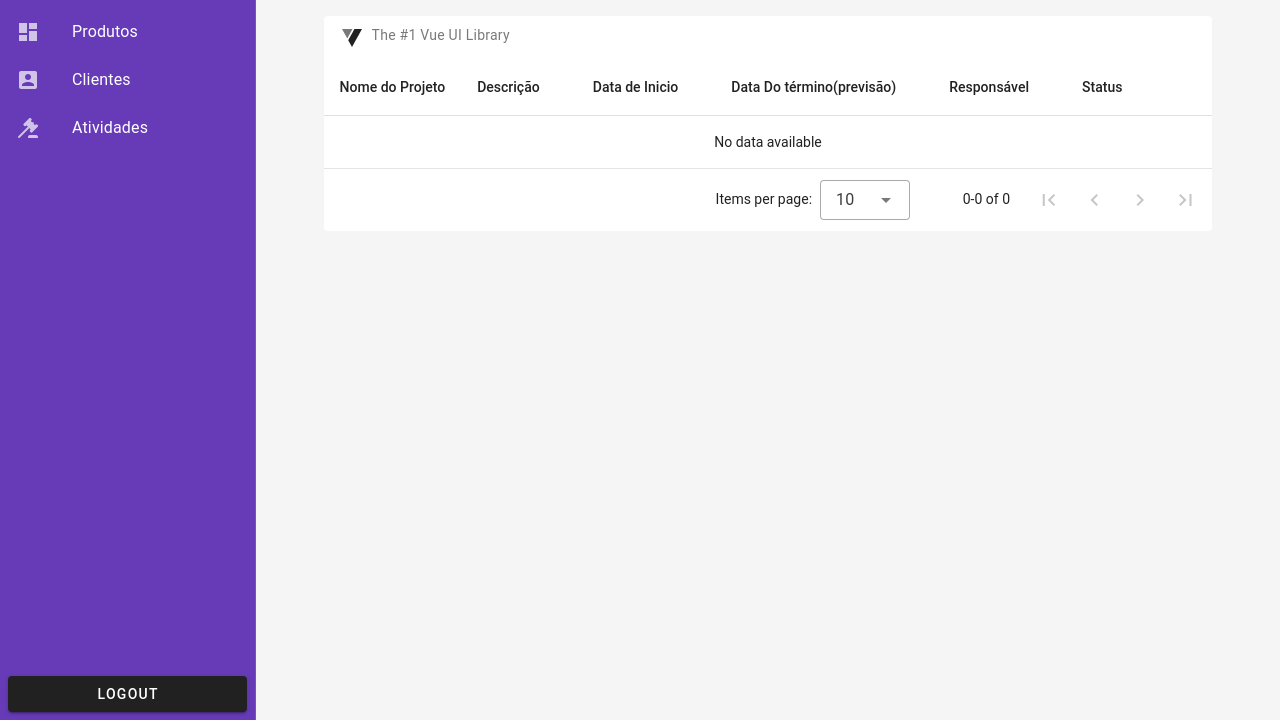
Repository: NtiSilva/Front_AG
Page: /products
These files come from the project's save history. The page is drawn as it stood at one moment and after the next save; the edit follows.
The browser window is 1280 px wide. The pictures show the whole page.
The page's requests for data from a server got no answer. The project was rebuilt for these pictures with package versions that can differ from the ones it lists, and the page was loaded fresh each time. No one was signed in, and anything a server would have sent is missing. Also part of the build but not shown: vite.config.mjs, src/components/Alert.vue, src/components/Atividades/FormActivities.vue, src/components/Atividades/index.vue, src/components/Clientes/FormClient.vue, src/components/Dialog.vue, src/components/DialogRemove.vue, src/components/Clientes/ListClients.vue and 9 more.

Above is the page before, as saved 2024-06-19 20:39:35.

After the next save:
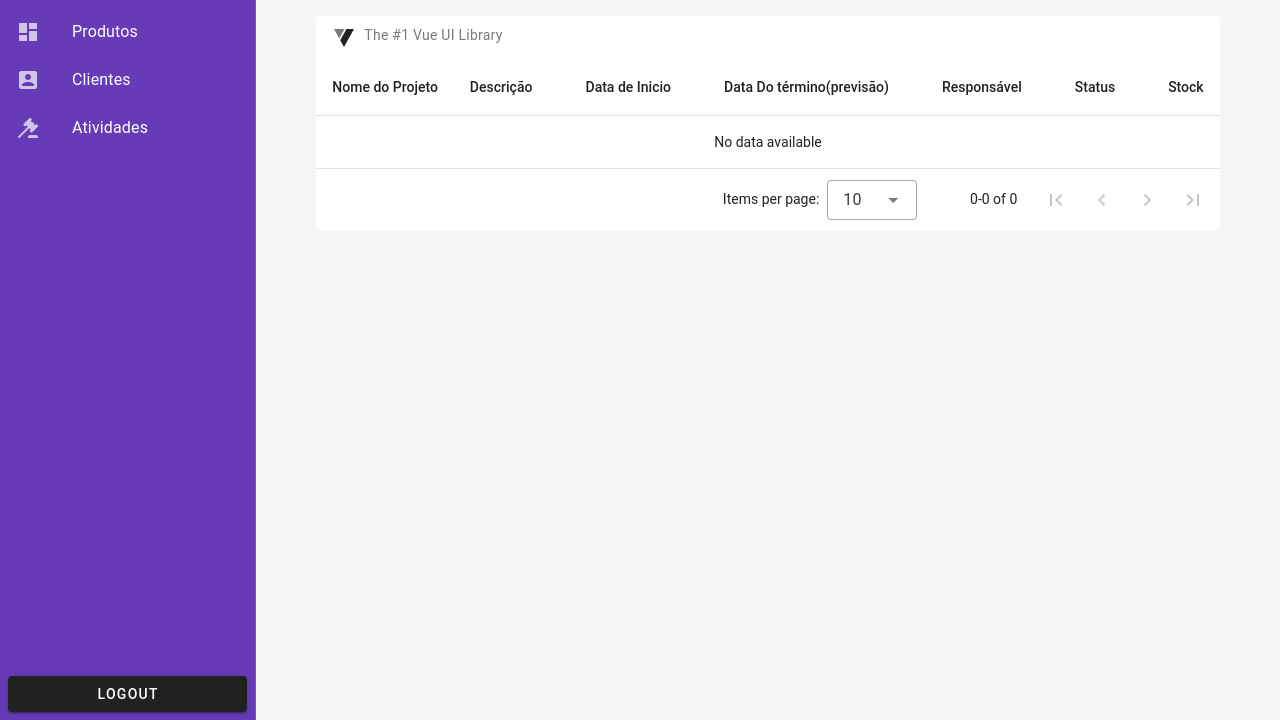
Saved 92 s later.
--- a/src/pages/Products.vue
+++ b/src/pages/Products.vue
@@ -12,12 +12,17 @@
   <v-data-table
     :headers="headers"
     :items="products"
+    v-model:search="search"
   >
     <template v-slot:item.status="{ value }">
       <v-chip :color="getColor(value)">
         {{ value }}
       </v-chip>
     </template>
+
+    <template v-slot:header.config>
+        <div class="text-end">Stock</div>
+      </template>
   </v-data-table>
   </v-card>
   </v-container>
